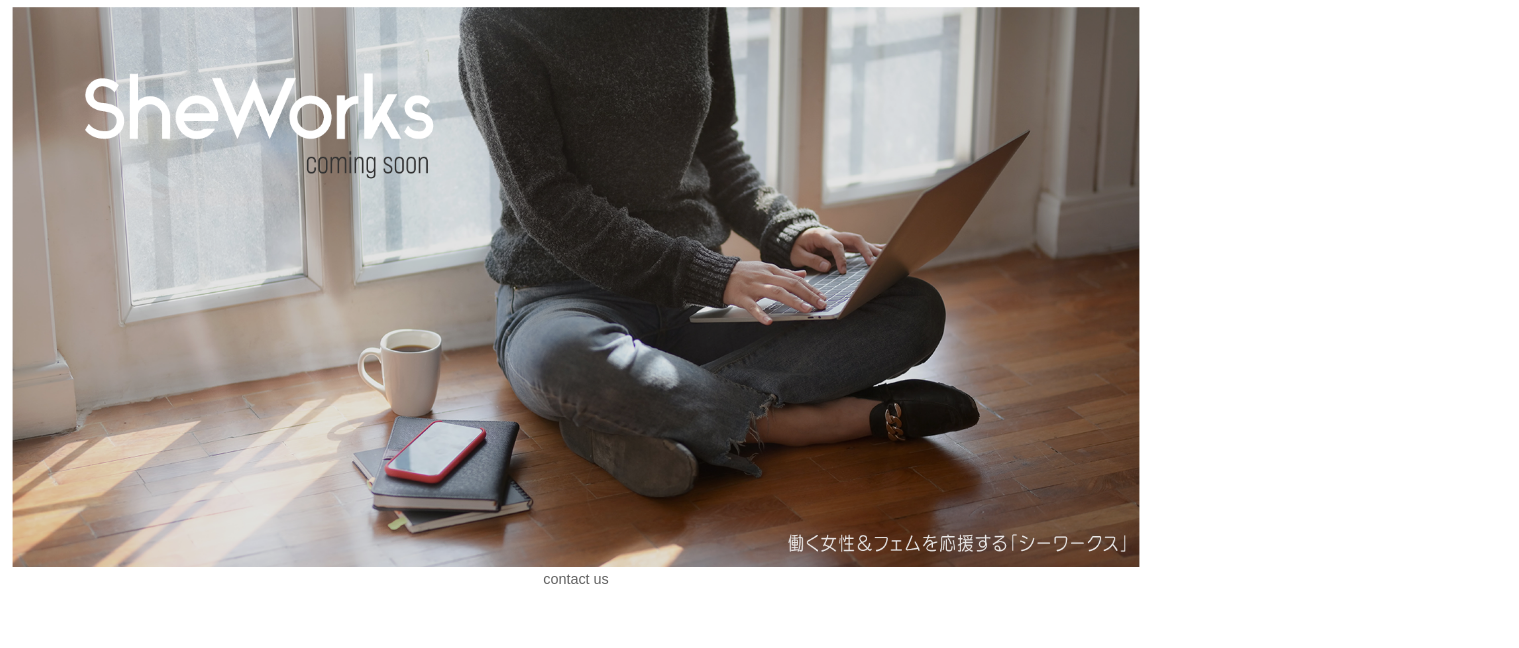
Repository: sheworks/sheworks.github.io
Page: index.html
The author's editor kept a record of every edit. The page is drawn from the files as they stood at one moment, then again after the next edit.
The browser window is 1280 px wide. The page is 1280 px wide, then 1688 px, then 1280 px, so the pictures cover 1688 px, including what lies to the right of the window. The pictures show the whole page, at 90% of full size.

Above is the page before.

### index.html
<!DOCTYPE html>
<html>
    <head>
        <title>SheWorks: coming soon</title>
        <meta charset="UTF-8">
        <meta name="description" content="SheWorks -- for women & femmes in Japan | 働く女性＆フェムを応援する「シーワークス」">
        <meta name="viewport" content="width=device-width, initial-scale:1.0">
        <link rel="stylesheet" href="style.css" type="text/css" />
    </head>
    <body>
        <img src="placeholder.png" alt="SheWorks: coming soon"  class="splash">
        <div>
            <a href="mailto:sheworksjp[@]gmail[.]com">contact us</a>
        </div>
    </body>
</html>

### style.css
/*html {
   width:100%;
   height:100%;
   background:url(placeholder.png) center center no-repeat;
}
*/
.splash {
    display: block;
    width: 99%;
    margin-left: auto;
    margin-right: auto;
    margin-bottom: 5px;
}
div a {
    display: block;
    font-family: sans-serif;
    font-weight: lighter;
    text-align: center;
    color: #222222;
    opacity: .7;
    text-decoration: none;
}
div a:hover {
    color: #ff6666;
    font-weight: lighter;
    opacity: 1.0;
    transition: .5s;
}

After the next edit:
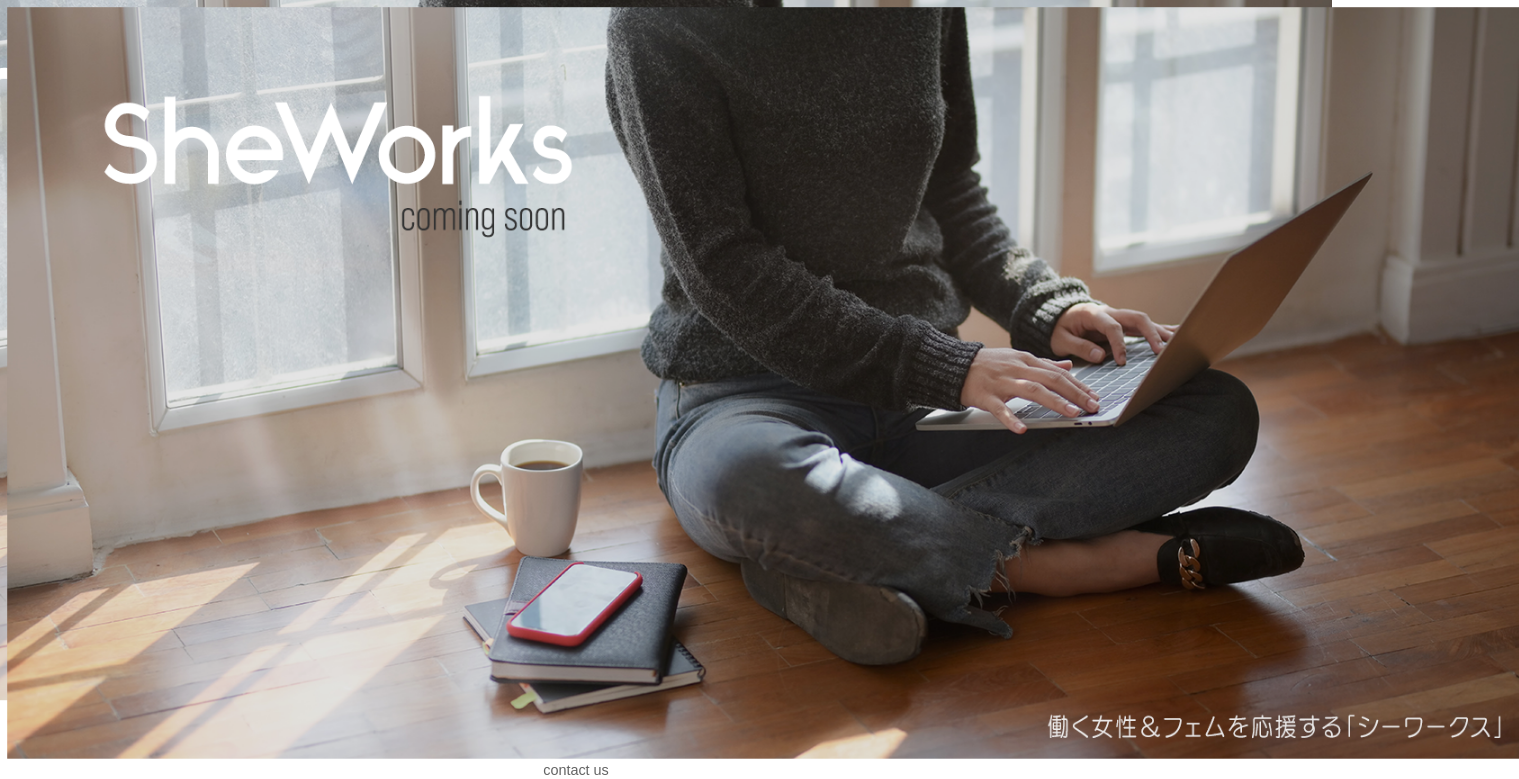
The edit:
--- a/style.css
+++ b/style.css
@@ -1,4 +1,4 @@
-/*html {
+html {
    width:100%;
    height:100%;
    background:url(placeholder.png) center center no-repeat;

After the edit that followed:
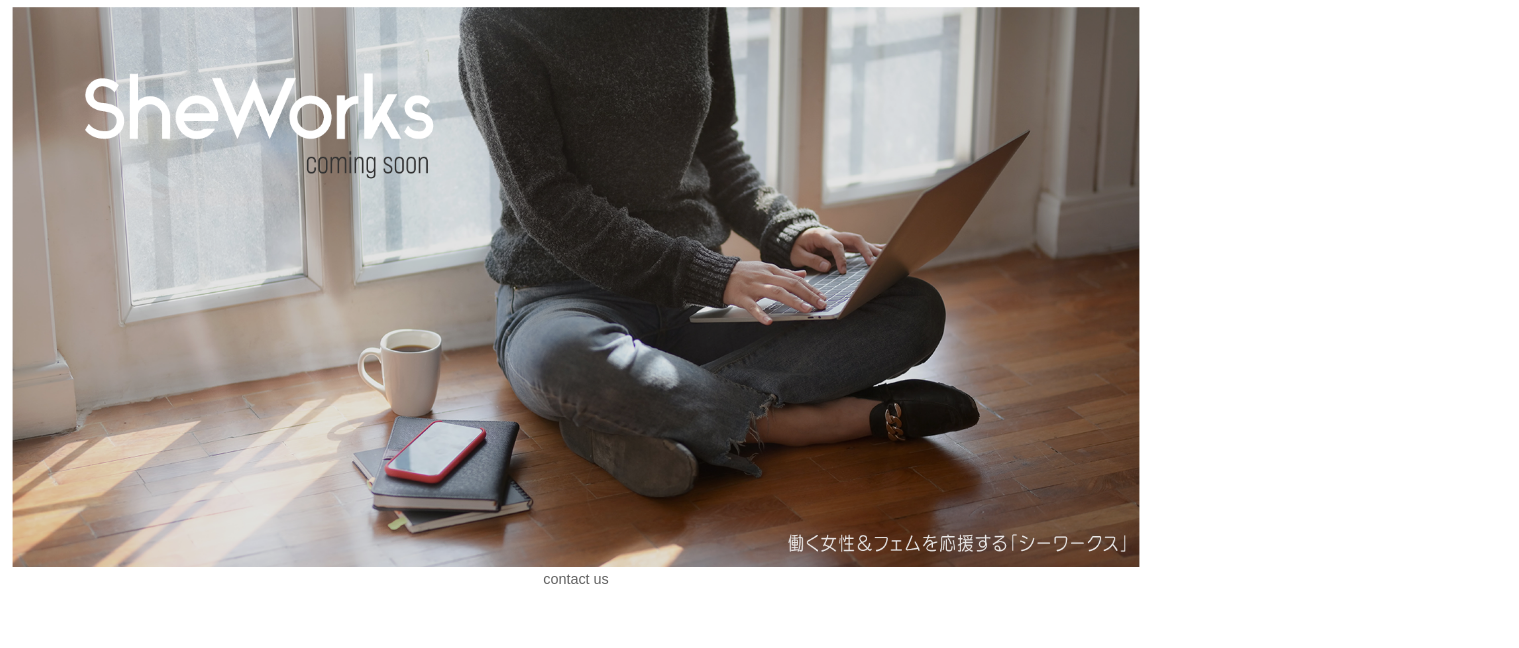
The edit:
--- a/style.css
+++ b/style.css
@@ -1,9 +1,6 @@
 html {
-   width:100%;
-   height:100%;
-   background:url(placeholder.png) center center no-repeat;
+    font-family: 'Raleway', sans-serif;
 }
-*/
 .splash {
     display: block;
     width: 99%;
